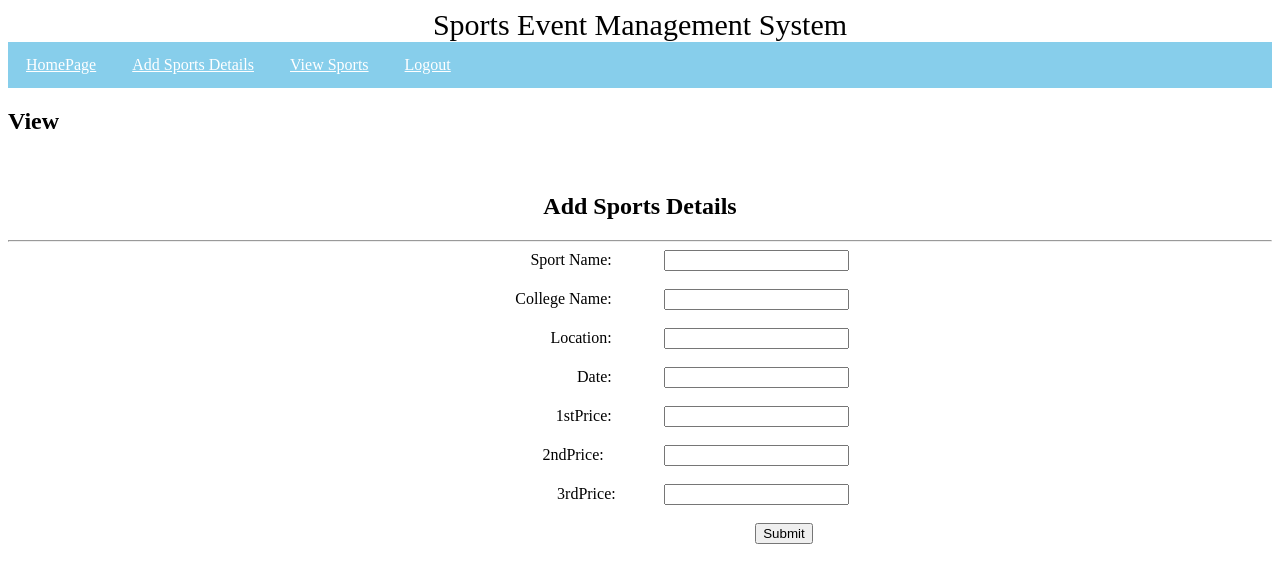
Repository: svrm1014/sportseventmanagement
Page: http://localhost/sportsmanagement/WEB-INF/views/addsportsdetails.jsp
An editor plug-in stored every save of this project. The page is shown before and after the next save, followed by the edit.
The browser window is 1280 px wide. The pictures show the whole page.
The page is served by Tomcat 9. Nobody is signed in. The template is opened directly, without the code that normally fills it, so the values that code supplies are empty.

Above is the page before, as saved 2021-05-08 03:50:43.

After the next save:
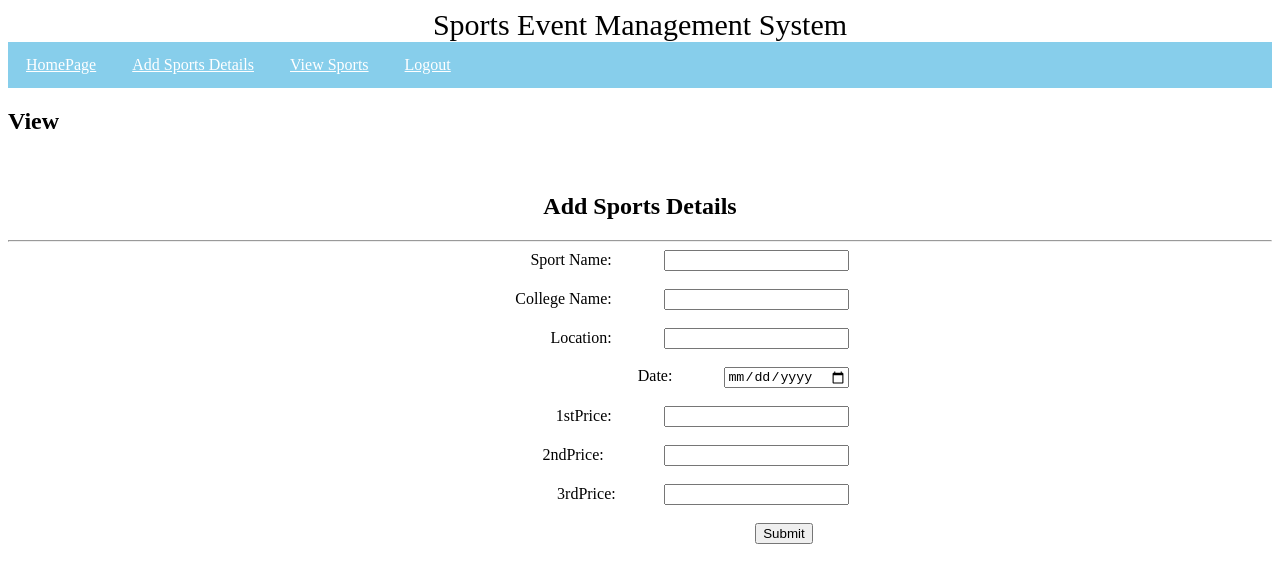
Saved 12 min 35 s later.
--- a/sportsmanagement/src/main/webapp/WEB-INF/views/addsportsdetails.jsp
+++ b/sportsmanagement/src/main/webapp/WEB-INF/views/addsportsdetails.jsp
@@ -72,7 +72,7 @@ form {
 			<br />
  			<br />
             <form:label path="date" placeholder="MM/dd/yyyy" >Date:</form:label>
-            <form:input type ="text" path="date" class="date" name="date" pattern="MM/dd/yyyy" />
+            <form:input type ="date" path="date" class="date" name="date" pattern="MM/dd/yyyy" />
 			<br />
              <br />
            <form:label path="firstprice">1stPrice:</form:label>
